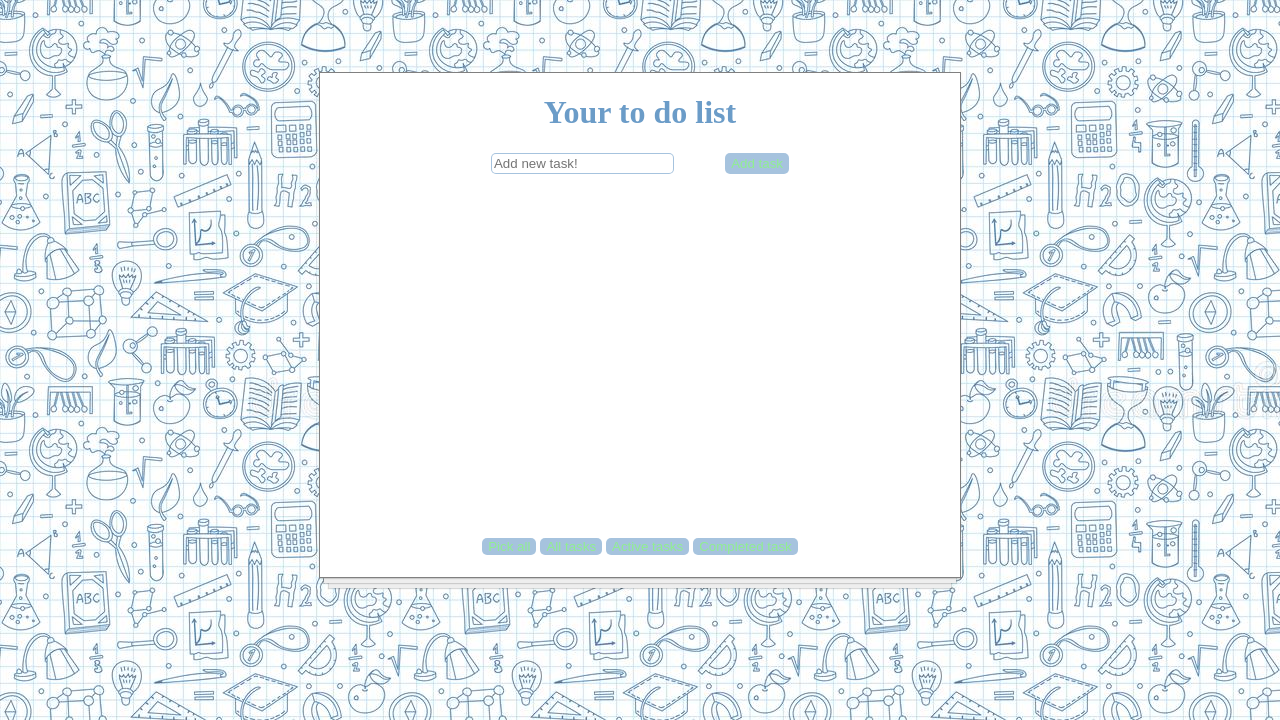
Repository: FetterDev/to-do-v2
Page: index.html
An editor plug-in stored every save of this project. The page is shown before and after the next save, followed by the edit.
The browser window is 1280 px wide. The pictures show the whole page.

Above is the page before, as saved 2020-07-20 15:29:43.

After the next save:
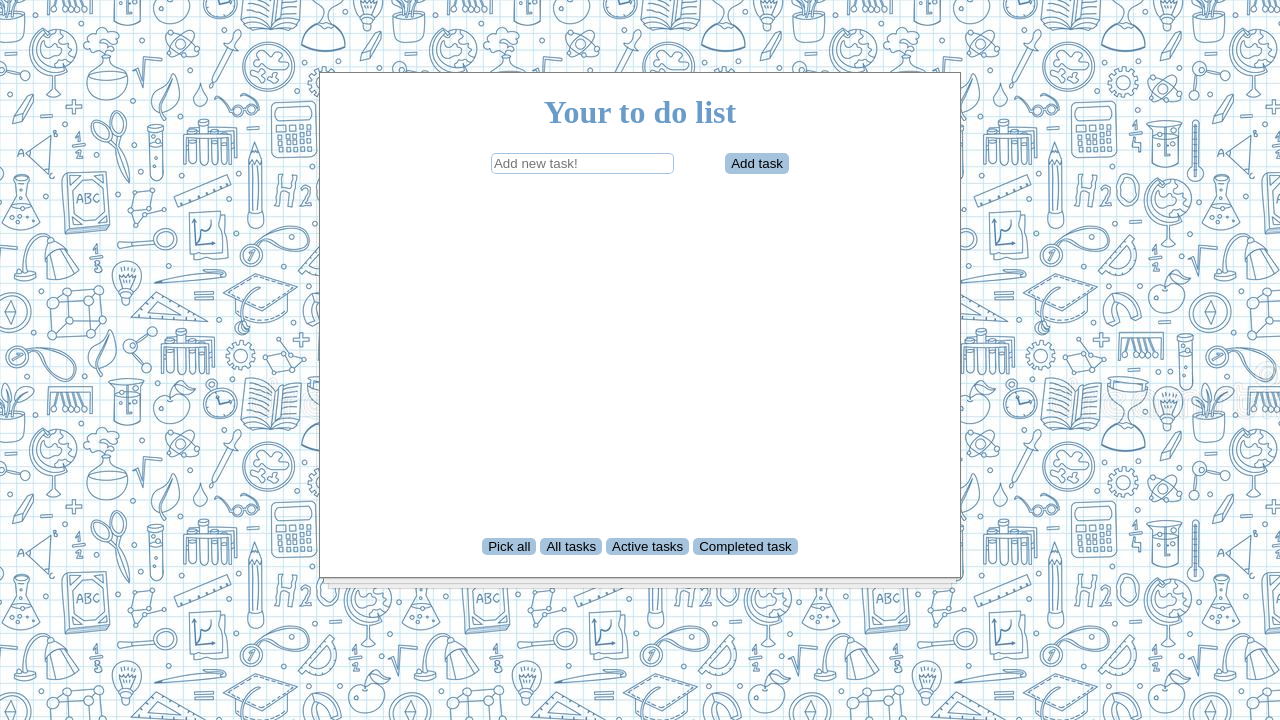
Saved 4 s later.
--- a/style.css
+++ b/style.css
@@ -55,7 +55,7 @@ h1{
 
   }
   .button{
-      color: lightgreen;
+      color: black;
       border-radius: 5px;
       border: none;
       background-color: rgba(107,156,200,0.6);
